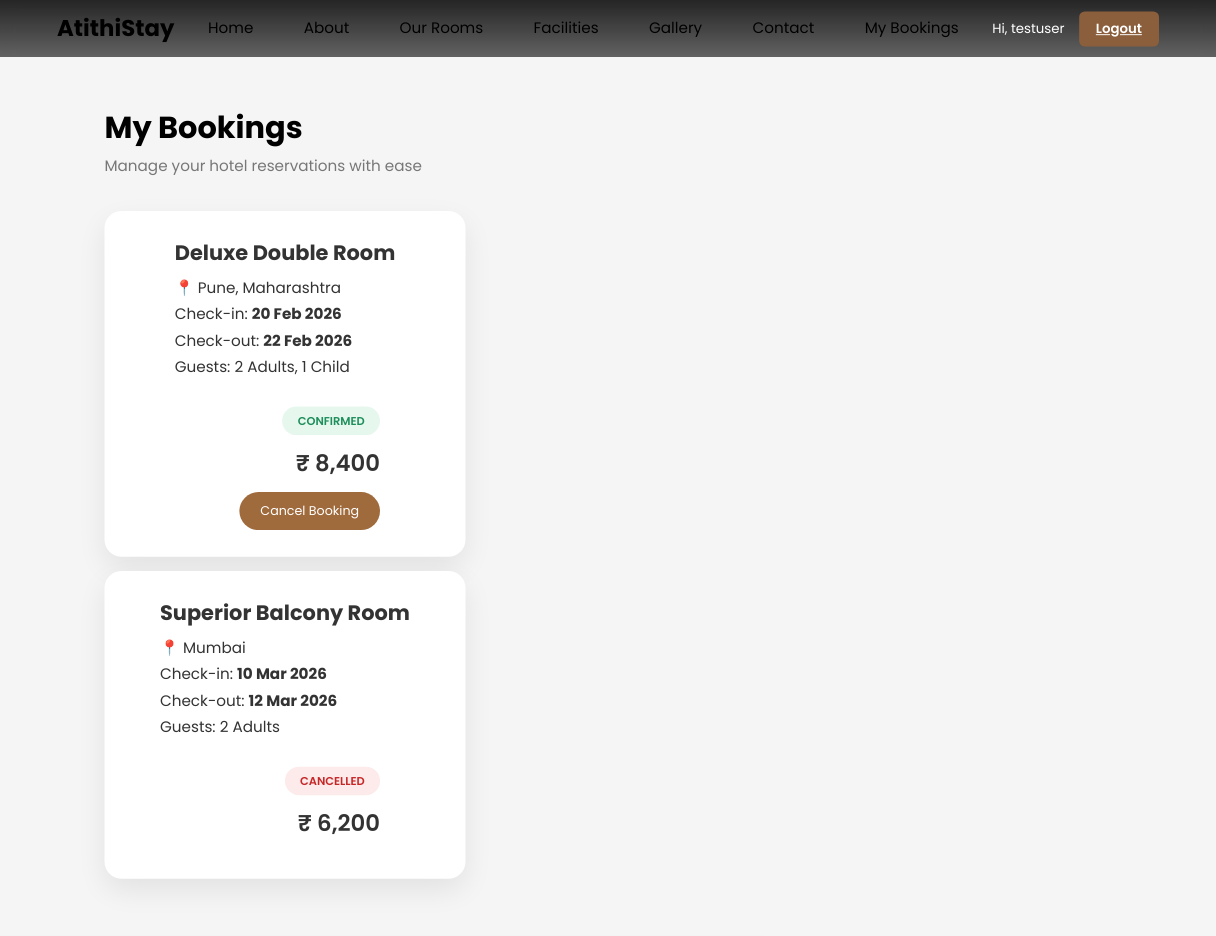
Repository: shraddhasal/HotelManagementSystem
Page: http://localhost/HMS/jsp/user/mybookings.jsp
The author's editor kept a copy of each file at every save. The page is drawn from the files as they stood at one save, then again after the next save.
The browser window is 1280 px wide. The pictures show the whole page, at 95% of full size.
The page is served by Tomcat 10. The session is filled in as if someone had signed in: {"userName": "testuser"}.

Above is the page before, as saved 2026-02-17 12:22:44.

After the next save:
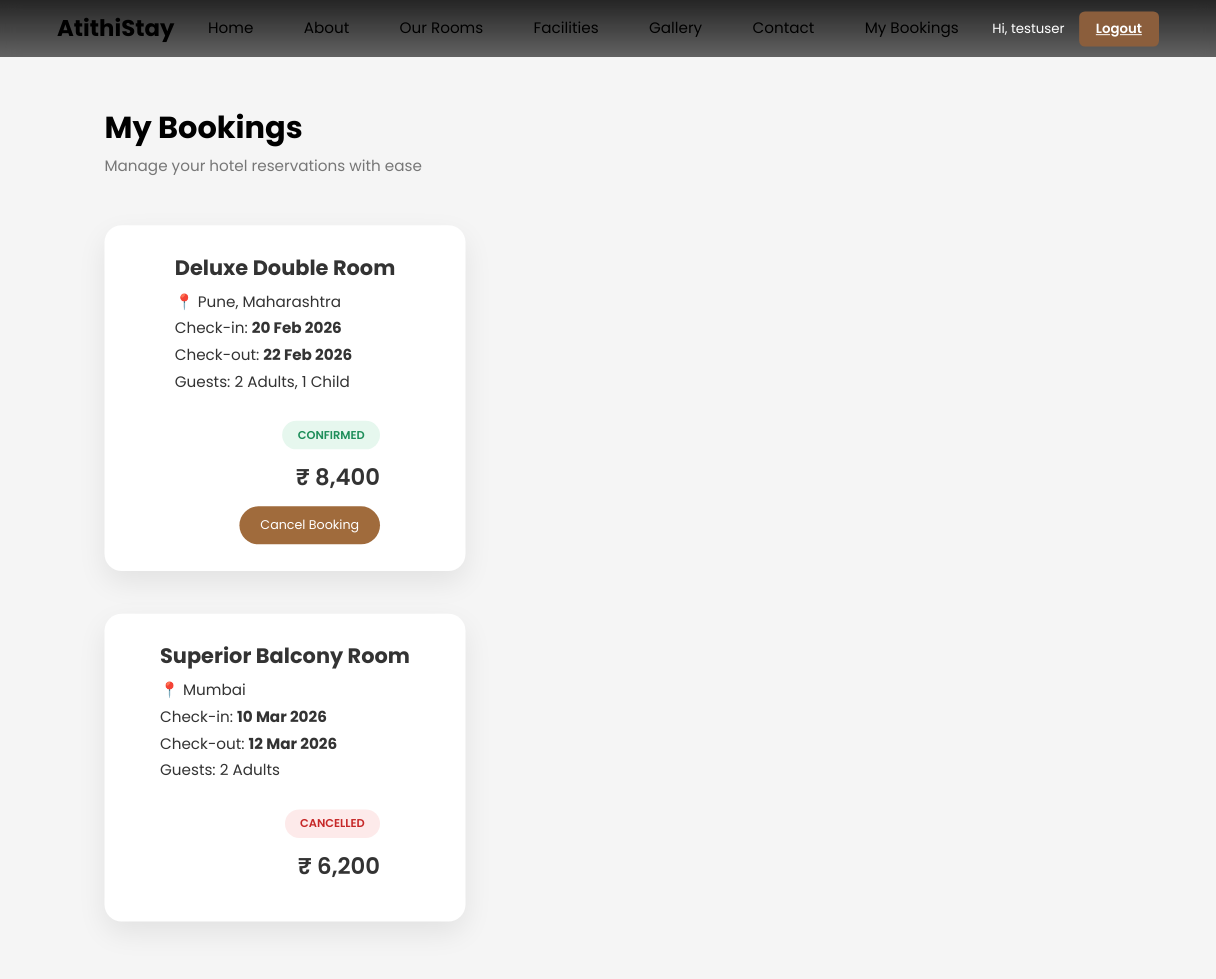
Saved 7 min 18 s later.
--- a/HMS/src/main/webapp/jsp/user/mybookings.jsp
+++ b/HMS/src/main/webapp/jsp/user/mybookings.jsp
@@ -1,5 +1,3 @@
-
-
 <%@ page language="java" contentType="text/html; charset=UTF-8"%>
 <%
     String userName = (String) session.getAttribute("userName");
@@ -22,8 +20,11 @@
 </head>
 
 <body>
+
+<!-- NAVBAR -->
 <jsp:include page="/jsp/common/navbar.jsp" />
 
+<!-- PAGE CONTENT -->
 <div class="mybookings-page">
 
     <!-- HEADER -->
@@ -33,7 +34,7 @@
     </div>
 
     <!-- BOOKINGS LIST -->
-    <div class="bookings-container">
+    <div class="bookings-list">
 
         <!-- BOOKING CARD -->
         <div class="booking-card">
